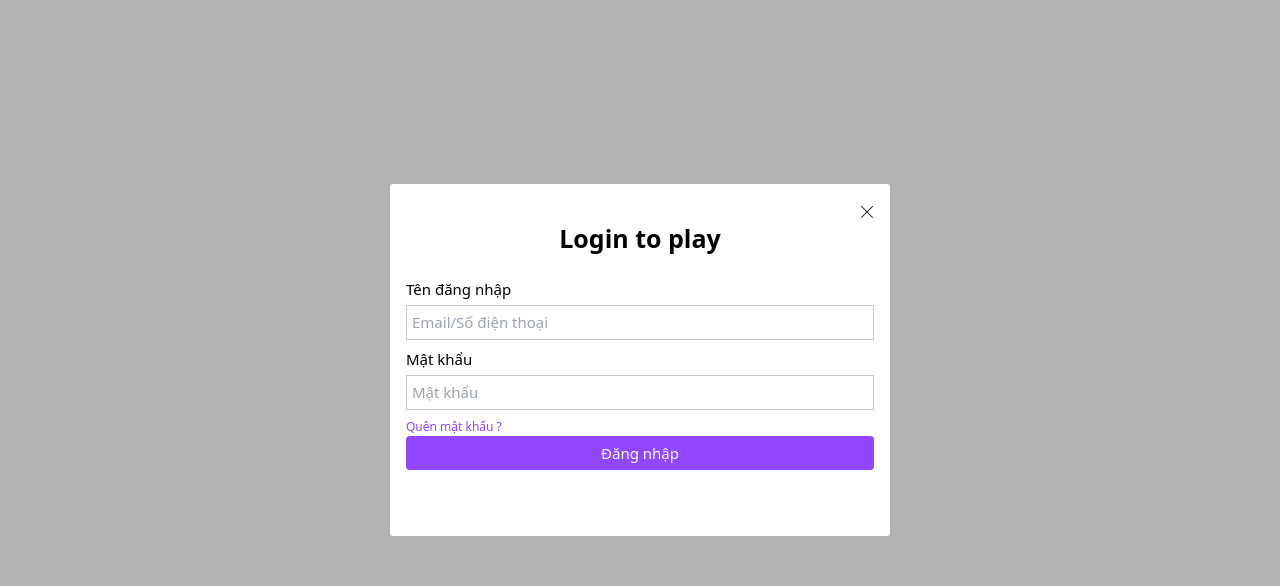
Repository: Teddy1705/demo_pj
Page: /
These files come from the project's save history. The page is drawn as it stood at one moment and after the next save; the edit follows.
The browser window is 1280 px wide. The pictures show the whole page.
The project was rebuilt for these pictures with package versions that can differ from the ones it lists, and the page was loaded fresh each time. Also part of the build but not shown: vite.config.js.

Above is the page before, as saved 2024-04-16 10:36:22.

### index.html
<!DOCTYPE html>
<html lang="en">
  <head>
    <meta charset="UTF-8" />
    <link rel="icon" type="image/svg+xml" href="/vite.svg" />
    <meta name="viewport" content="width=device-width, initial-scale=1.0" />
    <title>Tic Tac Toe</title>
    <link rel="stylesheet" href="./src/index.css" />
    <link
      rel="stylesheet"
      href="./src/assets/themify-icons/themify-icons.css"
    />
  </head>
  <body>
    <div id="root"></div>
    <script type="module" src="/src/main.jsx"></script>
  </body>
</html>

### src/index.css
:root {
  --white-color: #fff;
  --black-color: #000;
}

/*
1. Prevent padding and border from affecting element width. (https://github.com/mozdevs/cssremedy/issues/4)
2. Allow adding a border to an element by just adding a border-width. (https://github.com/tailwindcss/tailwindcss/pull/116)
*/

*,
::before,
::after {
  box-sizing: border-box;
  /* 1 */
  border-width: 0;
  /* 2 */
  border-style: solid;
  /* 2 */
  border-color: #e5e7eb;
  /* 2 */
}

::before,
::after {
  --tw-content: "";
}

/*
1. Use a consistent sensible line-height in all browsers.
2. Prevent adjustments of font size after orientation changes in iOS.
3. Use a more readable tab size.
4. Use the user's configured `sans` font-family by default.
5. Use the user's configured `sans` font-feature-settings by default.
6. Use the user's configured `sans` font-variation-settings by default.
7. Disable tap highlights on iOS
*/

html,
:host {
  line-height: 1.5;
  /* 1 */
  -webkit-text-size-adjust: 100%;
  /* 2 */
  -moz-tab-size: 4;
  /* 3 */
  -o-tab-size: 4;
  tab-size: 4;
  /* 3 */
  font-family: ui-sans-serif, system-ui, sans-serif, "Apple Color Emoji",
    "Segoe UI Emoji", "Segoe UI Symbol", "Noto Color Emoji";
  /* 4 */
  font-feature-settings: normal;
  /* 5 */
  font-variation-settings: normal;
  /* 6 */
  -webkit-tap-highlight-color: transparent;
  /* 7 */
}

/*
1. Remove the margin in all browsers.
2. Inherit line-height from `html` so users can set them as a class directly on the `html` element.
*/

body {
  margin: 0;
  /* 1 */
  line-height: inherit;
  /* 2 */
}

/*
1. Add the correct height in Firefox.
2. Correct the inheritance of border color in Firefox. (https://bugzilla.mozilla.org/show_bug.cgi?id=190655)
3. Ensure horizontal rules are visible by default.
*/

hr {
  height: 0;
  /* 1 */
  color: inherit;
  /* 2 */
  border-top-width: 1px;
  /* 3 */
}

/*
Add the correct text decoration in Chrome, Edge, and Safari.
*/

abbr:where([title]) {
  -webkit-text-decoration: underline dotted;
  text-decoration: underline dotted;
}

/*
Remove the default font size and weight for headings.
*/

h1,
h2,
h3,
h4,
h5,
h6 {
  font-size: inherit;
  font-weight: inherit;
}

/*
Reset links to optimize for opt-in styling instead of opt-out.
*/

a {
  color: inherit;
  text-decoration: inherit;
}

/*
Add the correct font weight in Edge and Safari.
*/

b,
strong {
  font-weight: bolder;
}

/*
1. Use the user's configured `mono` font-family by default.
2. Use the user's configured `mono` font-feature-settings by default.
3. Use the user's configured `mono` font-variation-settings by default.
4. Correct the odd `em` font sizing in all browsers.
*/

code,
kbd,
samp,
pre {
  font-family: ui-monospace, SFMono-Regular, Menlo, Monaco, Consolas,
    "Liberation Mono", "Courier New", monospace;
  /* 1 */
  font-feature-settings: normal;
  /* 2 */
  font-variation-settings: normal;
  /* 3 */
  font-size: 1em;
  /* 4 */
}

/*
Add the correct font size in all browsers.
*/

small {
  font-size: 80%;
}

/*
Prevent `sub` and `sup` elements from affecting the line height in all browsers.
*/

sub,
sup {
  font-size: 75%;
  line-height: 0;
  position: relative;
  vertical-align: baseline;
}

sub {
  bottom: -0.25em;
}

sup {
  top: -0.5em;
}

/*
1. Remove text indentation from table contents in Chrome and Safari. (https://bugs.chromium.org/p/chromium/issues/detail?id=999088, https://bugs.webkit.org/show_bug.cgi?id=201297)
2. Correct table border color inheritance in all Chrome and Safari. (https://bugs.chromium.org/p/chromium/issues/detail?id=935729, https://bugs.webkit.org/show_bug.cgi?id=195016)
3. Remove gaps between table borders by default.
*/

table {
  text-indent: 0;
  /* 1 */
  border-color: inherit;
  /* 2 */
  border-collapse: collapse;
  /* 3 */
}

/*
1. Change the font styles in all browsers.
2. Remove the margin in Firefox and Safari.
3. Remove default padding in all browsers.
*/

button,
input,
optgroup,
select,
textarea {
  font-family: inherit;
  /* 1 */
  font-feature-settings: inherit;
  /* 1 */
  font-variation-settings: inherit;
  /* 1 */
  font-size: 100%;
  /* 1 */
  font-weight: inherit;
  /* 1 */
  line-height: inherit;
  /* 1 */
  letter-spacing: inherit;
  /* 1 */
  color: inherit;
  /* 1 */
  margin: 0;
  /* 2 */
  padding: 0;
  /* 3 */
}

/*
Remove the inheritance of text transform in Edge and Firefox.
*/

button,
select {
  text-transform: none;
}

/*
1. Correct the inability to style clickable types in iOS and Safari.
2. Remove default button styles.
*/

button,
input:where([type="button"]),
input:where([type="reset"]),
input:where([type="submit"]) {
  -webkit-appearance: button;
  /* 1 */
  background-color: transparent;
  /* 2 */
  background-image: none;
  /* 2 */
}

/*
Use the modern Firefox focus style for all focusable elements.
*/

:-moz-focusring {
  outline: auto;
}

/*
Remove the additional `:invalid` styles in Firefox. (https://github.com/mozilla/gecko-dev/blob/2f9eacd9d3d995c937b4251a5557d95d494c9be1/layout/style/res/forms.css#L728-L737)
*/

:-moz-ui-invalid {
  box-shadow: none;
}

/*
Add the correct vertical alignment in Chrome and Firefox.
*/

progress {
  vertical-align: baseline;
}

/*
Correct the cursor style of increment and decrement buttons in Safari.
*/

::-webkit-inner-spin-button,
::-webkit-outer-spin-button {
  height: auto;
}

/*
1. Correct the odd appearance in Chrome and Safari.
2. Correct the outline style in Safari.
*/

[type="search"] {
  -webkit-appearance: textfield;
  /* 1 */
  outline-offset: -2px;
  /* 2 */
}

/*
Remove the inner padding in Chrome and Safari on macOS.
*/

::-webkit-search-decoration {
  -webkit-appearance: none;
}

/*
1. Correct the inability to style clickable types in iOS and Safari.
2. Change font properties to `inherit` in Safari.
*/

::-webkit-file-upload-button {
  -webkit-appearance: button;
  /* 1 */
  font: inherit;
  /* 2 */
}

/*
Add the correct display in Chrome and Safari.
*/

summary {
  display: list-item;
}

/*
Removes the default spacing and border for appropriate elements.
*/

blockquote,
dl,
dd,
h1,
h2,
h3,
h4,
h5,
h6,
hr,
figure,
p,
pre {
  margin: 0;
}

fieldset {
  margin: 0;
  padding: 0;
}

legend {
  padding: 0;
}

ol,
ul,
menu {
  list-style: none;
  margin: 0;
  padding: 0;
}

/*
Reset default styling for dialogs.
*/

dialog {
  padding: 0;
}

/*
Prevent resizing textareas horizontally by default.
*/

textarea {
  resize: vertical;
}

/*
1. Reset the default placeholder opacity in Firefox. (https://github.com/tailwindlabs/tailwindcss/issues/3300)
2. Set the default placeholder color to the user's configured gray 400 color.
*/

input::-moz-placeholder,
textarea::-moz-placeholder {
  opacity: 1;
  /* 1 */
  color: #9ca3af;
  /* 2 */
}

input::placeholder,
textarea::placeholder {
  opacity: 1;
  /* 1 */
  color: #9ca3af;
  /* 2 */
}

/*
Set the default cursor for buttons.
*/

button,
[role="button"] {
  cursor: pointer;
}

/*
Make sure disabled buttons don't get the pointer cursor.
*/

:disabled {
  cursor: default;
}

/*
1. Make replaced elements `display: block` by default. (https://github.com/mozdevs/cssremedy/issues/14)
2. Add `vertical-align: middle` to align replaced elements more sensibly by default. (https://github.com/jensimmons/cssremedy/issues/14#issuecomment-634934210)
   This can trigger a poorly considered lint error in some tools but is included by design.
*/

img,
svg,
video,
canvas,
audio,
iframe,
embed,
object {
  display: block;
  /* 1 */
  vertical-align: middle;
  /* 2 */
}

/*
Constrain images and videos to the parent width and preserve their intrinsic aspect ratio. (https://github.com/mozdevs/cssremedy/issues/14)
*/

img,
video {
  max-width: 100%;
  height: auto;
}

/* Make elements with the HTML hidden attribute stay hidden by default */

[hidden] {
  display: none;
}

*,
::before,
::after {
  --tw-border-spacing-x: 0;
  --tw-border-spacing-y: 0;
  --tw-translate-x: 0;
  --tw-translate-y: 0;
  --tw-rotate: 0;
  --tw-skew-x: 0;
  --tw-skew-y: 0;
  --tw-scale-x: 1;
  --tw-scale-y: 1;
  --tw-pan-x: ;
  --tw-pan-y: ;
  --tw-pinch-zoom: ;
  --tw-scroll-snap-strictness: proximity;
  --tw-gradient-from-position: ;
  --tw-gradient-via-position: ;
  --tw-gradient-to-position: ;
  --tw-ordinal: ;
  --tw-slashed-zero: ;
  --tw-numeric-figure: ;
  --tw-numeric-spacing: ;
  --tw-numeric-fraction: ;
  --tw-ring-inset: ;
  --tw-ring-offset-width: 0px;
  --tw-ring-offset-color: #fff;
  --tw-ring-color: rgb(59 130 246 / 0.5);
  --tw-ring-offset-shadow: 0 0 #0000;
  --tw-ring-shadow: 0 0 #0000;
  --tw-shadow: 0 0 #0000;
  --tw-shadow-colored: 0 0 #0000;
  --tw-blur: ;
  --tw-brightness: ;
  --tw-contrast: ;
  --tw-grayscale: ;
  --tw-hue-rotate: ;
  --tw-invert: ;
  --tw-saturate: ;
  --tw-sepia: ;
  --tw-drop-shadow: ;
  --tw-backdrop-blur: ;
  --tw-backdrop-brightness: ;
  --tw-backdrop-contrast: ;
  --tw-backdrop-grayscale: ;
  --tw-backdrop-hue-rotate: ;
  --tw-backdrop-invert: ;
  --tw-backdrop-opacity: ;
  --tw-backdrop-saturate: ;
  --tw-backdrop-sepia: ;
  --tw-contain-size: ;
  --tw-contain-layout: ;
  --tw-contain-paint: ;
  --tw-contain-style: ;
}

::backdrop {
  --tw-border-spacing-x: 0;
  --tw-border-spacing-y: 0;
  --tw-translate-x: 0;
  --tw-translate-y: 0;
  --tw-rotate: 0;
  --tw-skew-x: 0;
  --tw-skew-y: 0;
  --tw-scale-x: 1;
  --tw-scale-y: 1;
  --tw-pan-x: ;
  --tw-pan-y: ;
  --tw-pinch-zoom: ;
  --tw-scroll-snap-strictness: proximity;
  --tw-gradient-from-position: ;
  --tw-gradient-via-position: ;
  --tw-gradient-to-position: ;
  --tw-ordinal: ;
  --tw-slashed-zero: ;
  --tw-numeric-figure: ;
  --tw-numeric-spacing: ;
  --tw-numeric-fraction: ;
  --tw-ring-inset: ;
  --tw-ring-offset-width: 0px;
  --tw-ring-offset-color: #fff;
  --tw-ring-color: rgb(59 130 246 / 0.5);
  --tw-ring-offset-shadow: 0 0 #0000;
  --tw-ring-shadow: 0 0 #0000;
  --tw-shadow: 0 0 #0000;
  --tw-shadow-colored: 0 0 #0000;
  --tw-blur: ;
  --tw-brightness: ;
  --tw-contrast: ;
  --tw-grayscale: ;
  --tw-hue-rotate: ;
  --tw-invert: ;
  --tw-saturate: ;
  --tw-sepia: ;
  --tw-drop-shadow: ;
  --tw-backdrop-blur: ;
  --tw-backdrop-brightness: ;
  --tw-backdrop-contrast: ;
  --tw-backdrop-grayscale: ;
  --tw-backdrop-hue-rotate: ;
  --tw-backdrop-invert: ;
  --tw-backdrop-opacity: ;
  --tw-backdrop-saturate: ;
  --tw-backdrop-sepia: ;
  --tw-contain-size: ;
  --tw-contain-layout: ;
  --tw-contain-paint: ;
  --tw-contain-style: ;
}

#modal {
  position: fixed;
  top: 0;
  right: 0;
  bottom: 0;
  left: 0;
  display: flex;
  align-items: center;
  justify-content: center;
}

#modal .modal__overlay {
  position: absolute;
  width: 100%;
  height: 100%;
  background-color: rgba(0, 0, 0, 0.3);
}

#modal .modal__body {
  position: relative;
  background-color: var(--white-color);
  margin: auto;
  width: 500px;
  min-height: 300px;
  padding: 16px;
  border-radius: 3px;
}

.auth-form {
}

.auth-form__heading {
  font-size: 25px;
  font-weight: 700;
  text-align: center;
  margin: 20px 0;
}

.auth-form__close {
  position: absolute;
  top: 0;
  right: 0;
  font-size: 14px;
  padding: 18px 16px;
}

.auth-form__close:hover {
  background-color: #ccc;
  cursor: pointer;
}

.auth-form__info {
}

.auth-form__info-details {
}

.auth-form__label {
  display: block;
  font-size: 15px;
  font-weight: 500;
}

.auth-form__info-input {
  border: 1px solid #ccc;
  width: 100%;
  font-size: 15px;
  padding: 5px;
  margin: 5px 0 8px;
}

.auth-form__help {
  font-size: 12px;
  color: #9147ff;
  margin: 0;
}

.auth-form__btn {
  width: 100%;
  background-color: #9147ff;
  color: #fff;
  font-size: 15px;
  font-weight: 500;
  padding: 6px;
  border-radius: 4px;
  margin-bottom: 50px;
}

### src/main.jsx
import React from "react";
import ReactDOM from "react-dom/client";
import App from "./App.jsx";
import { createBrowserRouter, RouterProvider } from "react-router-dom";
import Root from "./routes/root";
import "./index.css";

const router = createBrowserRouter([
  {
    path: "/",
    element: <Root />,
  },
]);

ReactDOM.createRoot(document.getElementById("root")).render(
  <React.StrictMode>
    <RouterProvider router={router} />
    <App />
  </React.StrictMode>
);

### src/routes/root.jsx
export default function Root() {
  return (
    <>
      <div id="modal">
        <div className="modal__overlay"></div>
        <div className="modal__body">
          <div className="auth-form">
            <h1 className="auth-form__heading">Login to play</h1>
            <div className="auth-form__close">
              <i className="ti-close"></i>
            </div>
            <div className="auth-form__info">
              <div className="auth-form__info-details">
                <label htmlFor="" className="auth-form__label">
                  Tên đăng nhập
                </label>
                <input
                  type="text"
                  className="auth-form__info-input"
                  placeholder="Email/Số điện thoại"
                />
              </div>
              <div className="auth-form__info-details">
                <label htmlFor="" className="auth-form__label">
                  Mật khẩu
                </label>
                <input
                  type="password"
                  className="auth-form__info-input"
                  placeholder="Mật khẩu"
                />
              </div>
            </div>
            <div className="auth-form__help">Quên mật khẩu ?</div>
            <button className="auth-form__btn">
              <a
                href={`https://codesandbox.io/s/q2z497?file=%2Fsrc%2FApp.js&utm_medium=sandpack`}
                className=""
              >
                Đăng nhập
              </a>
            </button>
          </div>
        </div>
      </div>
      <div id="detail"></div>
    </>
  );
}

Loaded but not shown: src/assets/themify-icons/themify-icons.css (common file); src/App.jsx (common file)

After the next save:
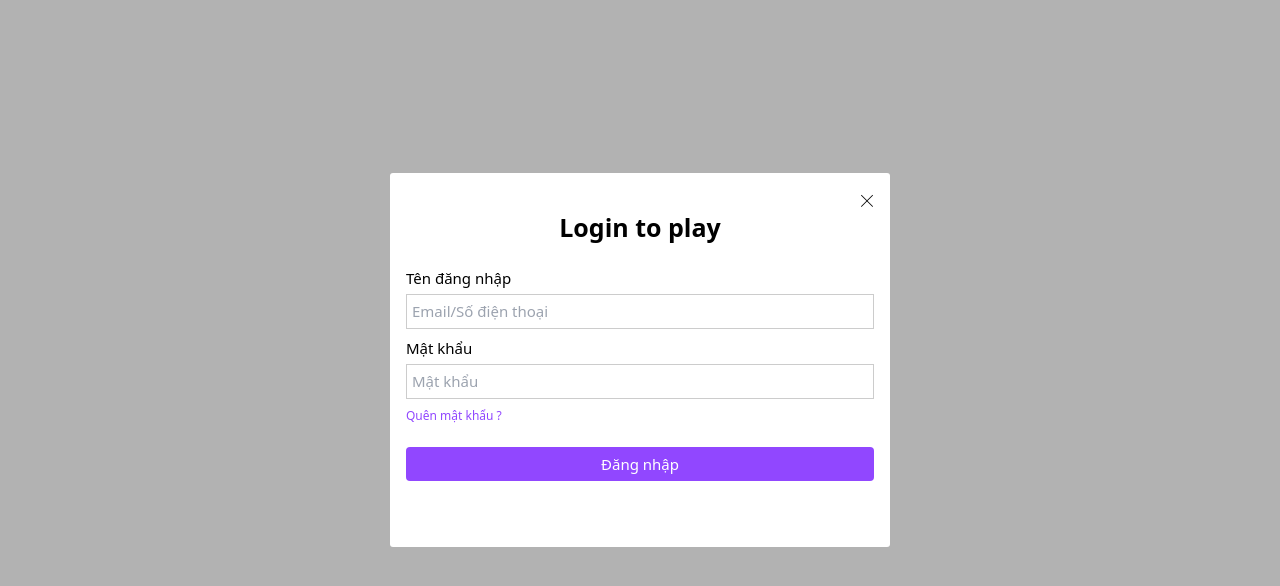
Saved 32 s later.
--- a/src/index.css
+++ b/src/index.css
@@ -634,7 +634,7 @@ video {
 .auth-form__help {
   font-size: 12px;
   color: #9147ff;
-  margin: 0;
+  margin-bottom: 22px;
 }
 
 .auth-form__btn {
